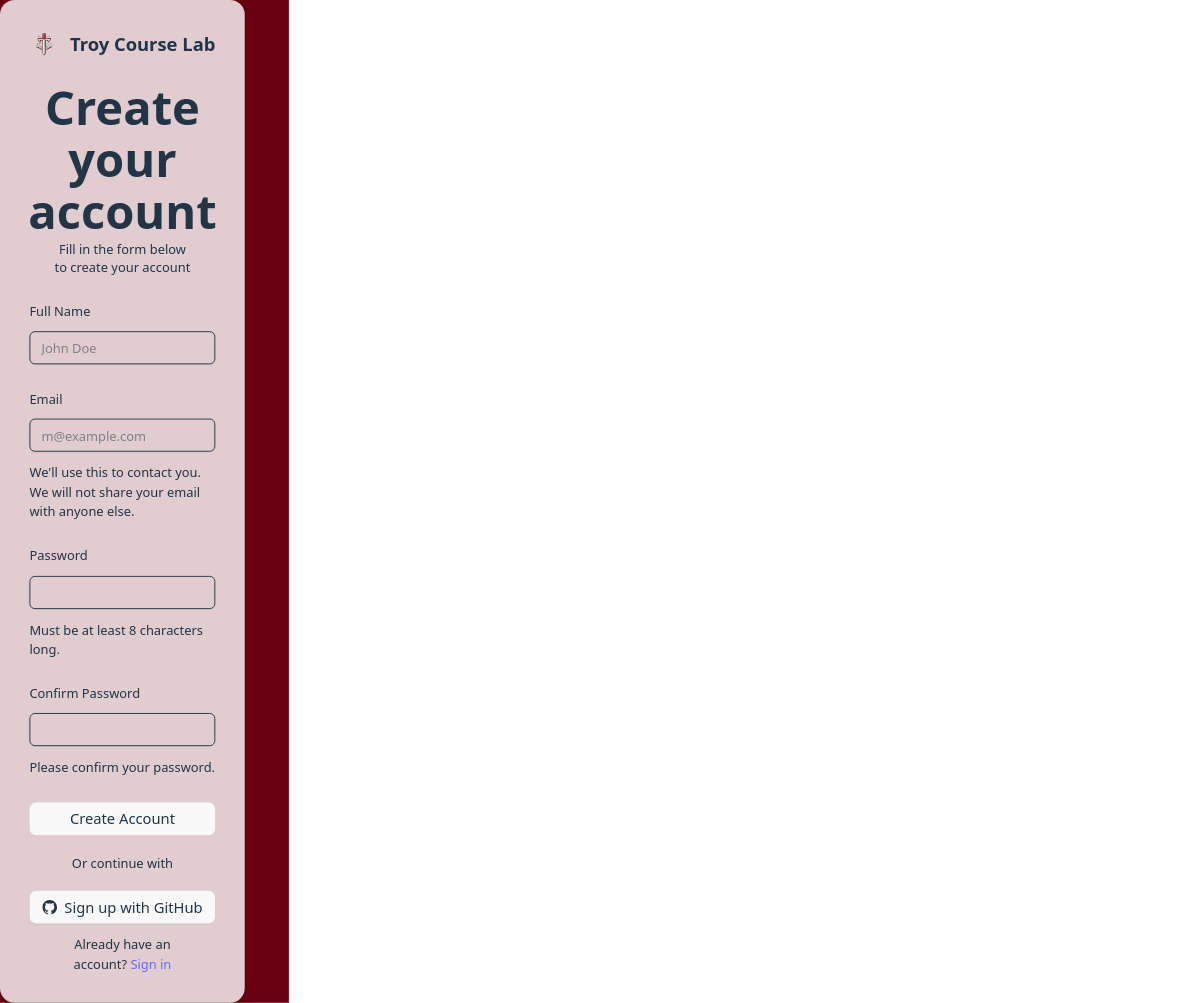
Repository: toilatrung/auth-ui-kit
Page: /register
The author's editor kept a copy of each file at every save. The page is drawn from the files as they stood at one save, then again after the next save.
The browser window is 1280 px wide. The pictures show the whole page, at 92% of full size.
The project was rebuilt for these pictures with package versions that can differ from the ones it lists, and the page was loaded fresh each time. Also part of the build but not shown: vite.config.ts, src/pages/LoginPage.tsx.

Above is the page before, as saved 2025-11-01 17:05:52.

### index.html
<!doctype html>
<html lang="vi">
  <head>
    <meta charset="UTF-8" />
    <link rel="icon" type="image/svg+xml" href="/troy_logo.svg" />
    <meta name="viewport" content="width=device-width, initial-scale=1.0" />
    <title>features_lib</title>
  </head>
  <body>
    <div id="root"></div>
    <script type="module" src="/src/main.tsx"></script>
  </body>
</html>

### src/App.tsx
import LoginPage from "./pages/LoginPage";
import RegisterPage from "./pages/RegisterPage";
import { BrowserRouter, Routes, Route } from "react-router-dom";

{/* TEST FEATURES */}
function App() {
  return (
    <>
      <BrowserRouter>
        <Routes>
          <Route
            path="/login"
            element={<LoginPage />}
          />
          <Route
            path="/register"
            element={<RegisterPage />}
          />
        </Routes>
      </BrowserRouter>
    </>
  )
}

export default App

### src/pages/RegisterPage.tsx
import { SignupForm } from "@/components/auth/signup-form"

const RegisterPage = () => {
  return (
    <div
      className="flex min-h-screen items-center justify-end bg-cover bg-center"
      style={{ backgroundImage: "url('/authetication_page_png.png')" }}
    >
      <div className="w-full max-w-md space-y-6 p-8 bg-white/80 rounded-2xl shadow-lg mr-12">
        {/* Logo + Title */}
        <div className="flex items-center justify-center gap-3">
          <img
            src="/tcl_logo.svg"
            alt="Troy Logo"
            className="h-8 w-8"
          />
          <span className="text-xl font-semibold">Troy Course Lab</span>
        </div>

        {/* Form */}
        <SignupForm />
      </div>
    </div>
  )
}

export default RegisterPage

### src/components/auth/signup-form.tsx
import { cn } from "@/lib/utils"
import { Button } from "@/components/ui/button"
import {
  Field,
  FieldDescription,
  FieldGroup,
  FieldLabel,
  FieldSeparator,
} from "@/components/ui/field"
import { Input } from "@/components/ui/input"

export function SignupForm({
  className,
  ...props
}: React.ComponentProps<"form">) {
  return (
    <form className={cn("flex flex-col gap-6", className)} {...props}>
      <FieldGroup>
        <div className="flex flex-col items-center gap-1 text-center">
          <h1 className="text-2xl font-bold">Create your account</h1>
          <p className="text-muted-foreground text-sm text-balance">
            Fill in the form below to create your account
          </p>
        </div>
        <Field>
          <FieldLabel htmlFor="name">Full Name</FieldLabel>
          <Input id="name" type="text" placeholder="John Doe" required />
        </Field>
        <Field>
          <FieldLabel htmlFor="email">Email</FieldLabel>
          <Input id="email" type="email" placeholder="m@example.com" required />
          <FieldDescription>
            We&apos;ll use this to contact you. We will not share your email
            with anyone else.
          </FieldDescription>
        </Field>
        <Field>
          <FieldLabel htmlFor="password">Password</FieldLabel>
          <Input id="password" type="password" required />
          <FieldDescription>
            Must be at least 8 characters long.
          </FieldDescription>
        </Field>
        <Field>
          <FieldLabel htmlFor="confirm-password">Confirm Password</FieldLabel>
          <Input id="confirm-password" type="password" required />
          <FieldDescription>Please confirm your password.</FieldDescription>
        </Field>
        <Field>
          <Button type="submit">Create Account</Button>
        </Field>
        <FieldSeparator>Or continue with</FieldSeparator>
        <Field>
          <Button variant="outline" type="button">
            <svg xmlns="http://www.w3.org/2000/svg" viewBox="0 0 24 24">
              <path
                d="M12 .297c-6.63 0-12 5.373-12 12 0 5.303 3.438 9.8 8.205 11.385.6.113.82-.258.82-.577 0-.285-.01-1.04-.015-2.04-3.338.724-4.042-1.61-4.042-1.61C4.422 18.07 3.633 17.7 3.633 17.7c-1.087-.744.084-.729.084-.729 1.205.084 1.838 1.236 1.838 1.236 1.07 1.835 2.809 1.305 3.495.998.108-.776.417-1.305.76-1.605-2.665-.3-5.466-1.332-5.466-5.93 0-1.31.465-2.38 1.235-3.22-.135-.303-.54-1.523.105-3.176 0 0 1.005-.322 3.3 1.23.96-.267 1.98-.399 3-.405 1.02.006 2.04.138 3 .405 2.28-1.552 3.285-1.23 3.285-1.23.645 1.653.24 2.873.12 3.176.765.84 1.23 1.91 1.23 3.22 0 4.61-2.805 5.625-5.475 5.92.42.36.81 1.096.81 2.22 0 1.606-.015 2.896-.015 3.286 0 .315.21.69.825.57C20.565 22.092 24 17.592 24 12.297c0-6.627-5.373-12-12-12"
                fill="currentColor"
              />
            </svg>
            Sign up with GitHub
          </Button>
          <FieldDescription className="px-6 text-center">
            Already have an account? <a href="#">Sign in</a>
          </FieldDescription>
        </Field>
      </FieldGroup>
    </form>
  )
}

### src/components/ui/button.tsx
import * as React from "react"
import { Slot } from "@radix-ui/react-slot"
import { cva, type VariantProps } from "class-variance-authority"

import { cn } from "@/lib/utils"

const buttonVariants = cva(
  "inline-flex items-center justify-center gap-2 whitespace-nowrap rounded-md text-sm font-medium transition-all disabled:pointer-events-none disabled:opacity-50 [&_svg]:pointer-events-none [&_svg:not([class*='size-'])]:size-4 shrink-0 [&_svg]:shrink-0 outline-none focus-visible:border-ring focus-visible:ring-ring/50 focus-visible:ring-[3px] aria-invalid:ring-destructive/20 dark:aria-invalid:ring-destructive/40 aria-invalid:border-destructive",
  {
    variants: {
      variant: {
        default: "bg-primary text-primary-foreground hover:bg-primary/90",
        destructive:
          "bg-destructive text-white hover:bg-destructive/90 focus-visible:ring-destructive/20 dark:focus-visible:ring-destructive/40 dark:bg-destructive/60",
        outline:
          "border bg-background shadow-xs hover:bg-accent hover:text-accent-foreground dark:bg-input/30 dark:border-input dark:hover:bg-input/50",
        secondary:
          "bg-secondary text-secondary-foreground hover:bg-secondary/80",
        ghost:
          "hover:bg-accent hover:text-accent-foreground dark:hover:bg-accent/50",
        link: "text-primary underline-offset-4 hover:underline",
      },
      size: {
        default: "h-9 px-4 py-2 has-[>svg]:px-3",
        sm: "h-8 rounded-md gap-1.5 px-3 has-[>svg]:px-2.5",
        lg: "h-10 rounded-md px-6 has-[>svg]:px-4",
        icon: "size-9",
        "icon-sm": "size-8",
        "icon-lg": "size-10",
      },
    },
    defaultVariants: {
      variant: "default",
      size: "default",
    },
  }
)

function Button({
  className,
  variant,
  size,
  asChild = false,
  ...props
}: React.ComponentProps<"button"> &
  VariantProps<typeof buttonVariants> & {
    asChild?: boolean
  }) {
  const Comp = asChild ? Slot : "button"

  return (
    <Comp
      data-slot="button"
      className={cn(buttonVariants({ variant, size, className }))}
      {...props}
    />
  )
}

export { Button, buttonVariants }

### src/components/ui/field.tsx
import { useMemo } from "react"
import { cva, type VariantProps } from "class-variance-authority"

import { cn } from "@/lib/utils"
import { Label } from "@/components/ui/label"
import { Separator } from "@/components/ui/separator"

function FieldSet({ className, ...props }: React.ComponentProps<"fieldset">) {
  return (
    <fieldset
      data-slot="field-set"
      className={cn(
        "flex flex-col gap-6",
        "has-[>[data-slot=checkbox-group]]:gap-3 has-[>[data-slot=radio-group]]:gap-3",
        className
      )}
      {...props}
    />
  )
}

function FieldLegend({
  className,
  variant = "legend",
  ...props
}: React.ComponentProps<"legend"> & { variant?: "legend" | "label" }) {
  return (
    <legend
      data-slot="field-legend"
      data-variant={variant}
      className={cn(
        "mb-3 font-medium",
        "data-[variant=legend]:text-base",
        "data-[variant=label]:text-sm",
        className
      )}
      {...props}
    />
  )
}

function FieldGroup({ className, ...props }: React.ComponentProps<"div">) {
  return (
    <div
      data-slot="field-group"
      className={cn(
        "group/field-group @container/field-group flex w-full flex-col gap-7 data-[slot=checkbox-group]:gap-3 [&>[data-slot=field-group]]:gap-4",
        className
      )}
      {...props}
    />
  )
}

const fieldVariants = cva(
  "group/field flex w-full gap-3 data-[invalid=true]:text-destructive",
  {
    variants: {
      orientation: {
        vertical: ["flex-col [&>*]:w-full [&>.sr-only]:w-auto"],
        horizontal: [
          "flex-row items-center",
          "[&>[data-slot=field-label]]:flex-auto",
          "has-[>[data-slot=field-content]]:items-start has-[>[data-slot=field-content]]:[&>[role=checkbox],[role=radio]]:mt-px",
        ],
        responsive: [
          "flex-col [&>*]:w-full [&>.sr-only]:w-auto @md/field-group:flex-row @md/field-group:items-center @md/field-group:[&>*]:w-auto",
          "@md/field-group:[&>[data-slot=field-label]]:flex-auto",
          "@md/field-group:has-[>[data-slot=field-content]]:items-start @md/field-group:has-[>[data-slot=field-content]]:[&>[role=checkbox],[role=radio]]:mt-px",
        ],
      },
    },
    defaultVariants: {
      orientation: "vertical",
    },
  }
)

function Field({
  className,
  orientation = "vertical",
  ...props
}: React.ComponentProps<"div"> & VariantProps<typeof fieldVariants>) {
  return (
    <div
      role="group"
      data-slot="field"
      data-orientation={orientation}
      className={cn(fieldVariants({ orientation }), className)}
      {...props}
    />
  )
}

function FieldContent({ className, ...props }: React.ComponentProps<"div">) {
  return (
    <div
      data-slot="field-content"
      className={cn(
        "group/field-content flex flex-1 flex-col gap-1.5 leading-snug",
        className
      )}
      {...props}
    />
  )
}

function FieldLabel({
  className,
  ...props
}: React.ComponentProps<typeof Label>) {
  return (
    <Label
      data-slot="field-label"
      className={cn(
        "group/field-label peer/field-label flex w-fit gap-2 leading-snug group-data-[disabled=true]/field:opacity-50",
        "has-[>[data-slot=field]]:w-full has-[>[data-slot=field]]:flex-col has-[>[data-slot=field]]:rounded-md has-[>[data-slot=field]]:border [&>*]:data-[slot=field]:p-4",
        "has-data-[state=checked]:bg-primary/5 has-data-[state=checked]:border-primary dark:has-data-[state=checked]:bg-primary/10",
        className
      )}
      {...props}
    />
  )
}

function FieldTitle({ className, ...props }: React.ComponentProps<"div">) {
  return (
    <div
      data-slot="field-label"
      className={cn(
        "flex w-fit items-center gap-2 text-sm leading-snug font-medium group-data-[disabled=true]/field:opacity-50",
        className
      )}
      {...props}
    />
  )
}

function FieldDescription({ className, ...props }: React.ComponentProps<"p">) {
  return (
    <p
      data-slot="field-description"
      className={cn(
        "text-muted-foreground text-sm leading-normal font-normal group-has-[[data-orientation=horizontal]]/field:text-balance",
        "last:mt-0 nth-last-2:-mt-1 [[data-variant=legend]+&]:-mt-1.5",
        "[&>a:hover]:text-primary [&>a]:underline [&>a]:underline-offset-4",
        className
      )}
      {...props}
    />
  )
}

function FieldSeparator({
  children,
  className,
  ...props
}: React.ComponentProps<"div"> & {
  children?: React.ReactNode
}) {
  return (
    <div
      data-slot="field-separator"
      data-content={!!children}
      className={cn(
        "relative -my-2 h-5 text-sm group-data-[variant=outline]/field-group:-mb-2",
        className
      )}
      {...props}
    >
      <Separator className="absolute inset-0 top-1/2" />
      {children && (
        <span
          className="bg-background text-muted-foreground relative mx-auto block w-fit px-2"
          data-slot="field-separator-content"
        >
          {children}
        </span>
      )}
    </div>
  )
}

function FieldError({
  className,
  children,
  errors,
  ...props
}: React.ComponentProps<"div"> & {
  errors?: Array<{ message?: string } | undefined>
}) {
  const content = useMemo(() => {
    if (children) {
      return children
    }

    if (!errors?.length) {
      return null
    }

    const uniqueErrors = [
      ...new Map(errors.map((error) => [error?.message, error])).values(),
    ]

    if (uniqueErrors?.length == 1) {
      return uniqueErrors[0]?.message
    }

    return (
      <ul className="ml-4 flex list-disc flex-col gap-1">
        {uniqueErrors.map(
          (error, index) =>
            error?.message && <li key={index}>{error.message}</li>
        )}
      </ul>
    )
  }, [children, errors])

  if (!content) {
    return null
  }

  return (
    <div
      role="alert"
      data-slot="field-error"
      className={cn("text-destructive text-sm font-normal", className)}
      {...props}
    >
      {content}
    </div>
  )
}

export {
  Field,
  FieldLabel,
  FieldDescription,
  FieldError,
  FieldGroup,
  FieldLegend,
  FieldSeparator,
  FieldSet,
  FieldContent,
  FieldTitle,
}

### src/components/ui/input.tsx
import * as React from "react"

import { cn } from "@/lib/utils"

function Input({ className, type, ...props }: React.ComponentProps<"input">) {
  return (
    <input
      type={type}
      data-slot="input"
      className={cn(
        "file:text-foreground placeholder:text-muted-foreground selection:bg-primary selection:text-primary-foreground dark:bg-input/30 border-input h-9 w-full min-w-0 rounded-md border bg-transparent px-3 py-1 text-base shadow-xs transition-[color,box-shadow] outline-none file:inline-flex file:h-7 file:border-0 file:bg-transparent file:text-sm file:font-medium disabled:pointer-events-none disabled:cursor-not-allowed disabled:opacity-50 md:text-sm",
        "focus-visible:border-ring focus-visible:ring-ring/50 focus-visible:ring-[3px]",
        "aria-invalid:ring-destructive/20 dark:aria-invalid:ring-destructive/40 aria-invalid:border-destructive",
        className
      )}
      {...props}
    />
  )
}

export { Input }

Loaded but not shown: src/main.tsx (common file); src/index.css (common file); src/lib/utils.ts (common file); src/components/ui/label.tsx (common file); src/components/ui/separator.tsx (common file)

After the next save:
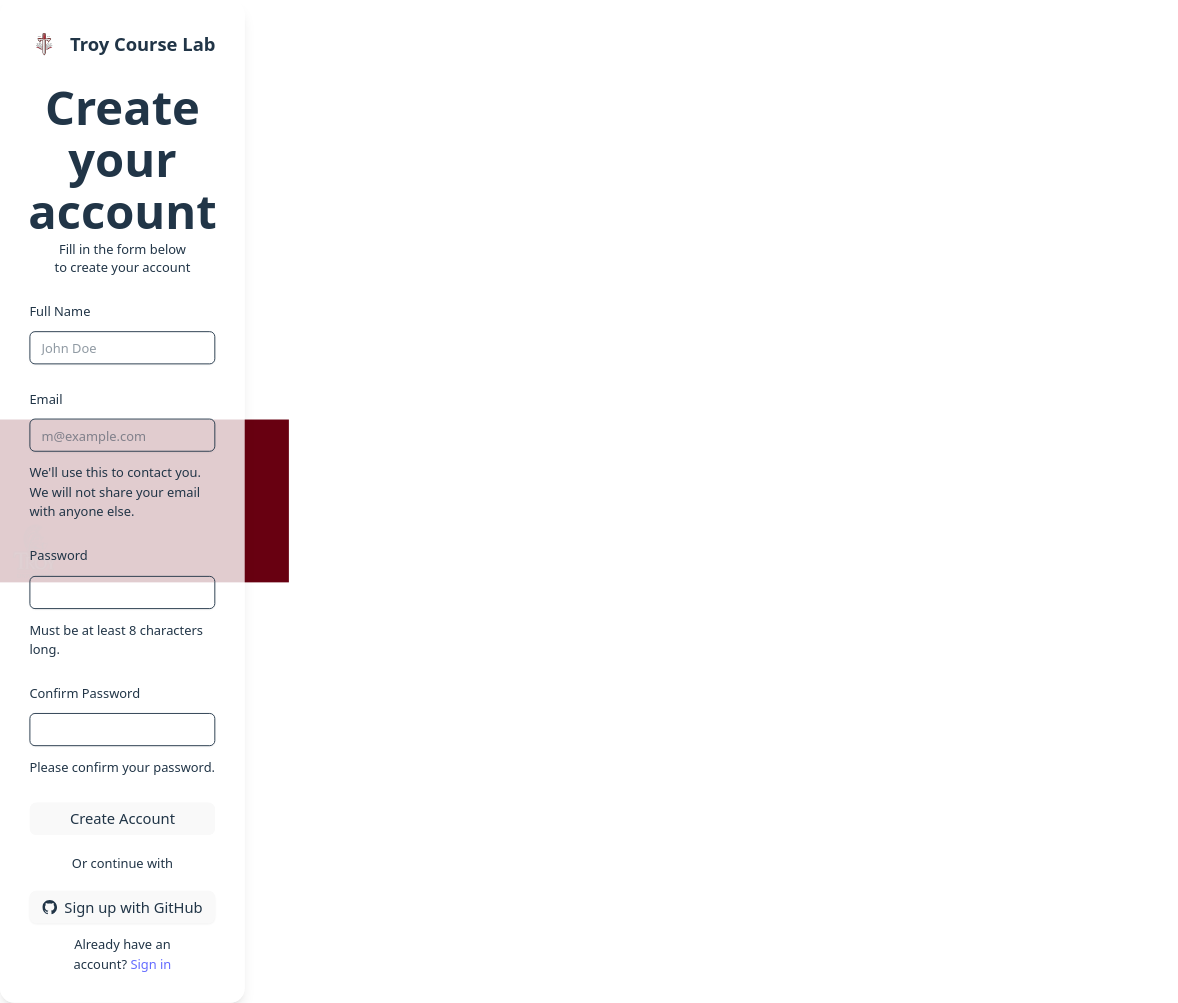
Saved 3 min 26 s later.
--- a/src/pages/RegisterPage.tsx
+++ b/src/pages/RegisterPage.tsx
@@ -2,10 +2,10 @@
 
 const RegisterPage = () => {
   return (
-    <div
-      className="flex min-h-screen items-center justify-end bg-cover bg-center"
-      style={{ backgroundImage: "url('/authetication_page_png.png')" }}
-    >
+<div
+  className="flex min-h-screen items-center justify-end bg-contain bg-no-repeat bg-center"
+  style={{ backgroundImage: "url('/authetication_page_png.png')" }}
+>
       <div className="w-full max-w-md space-y-6 p-8 bg-white/80 rounded-2xl shadow-lg mr-12">
         {/* Logo + Title */}
         <div className="flex items-center justify-center gap-3">

After the save that followed:
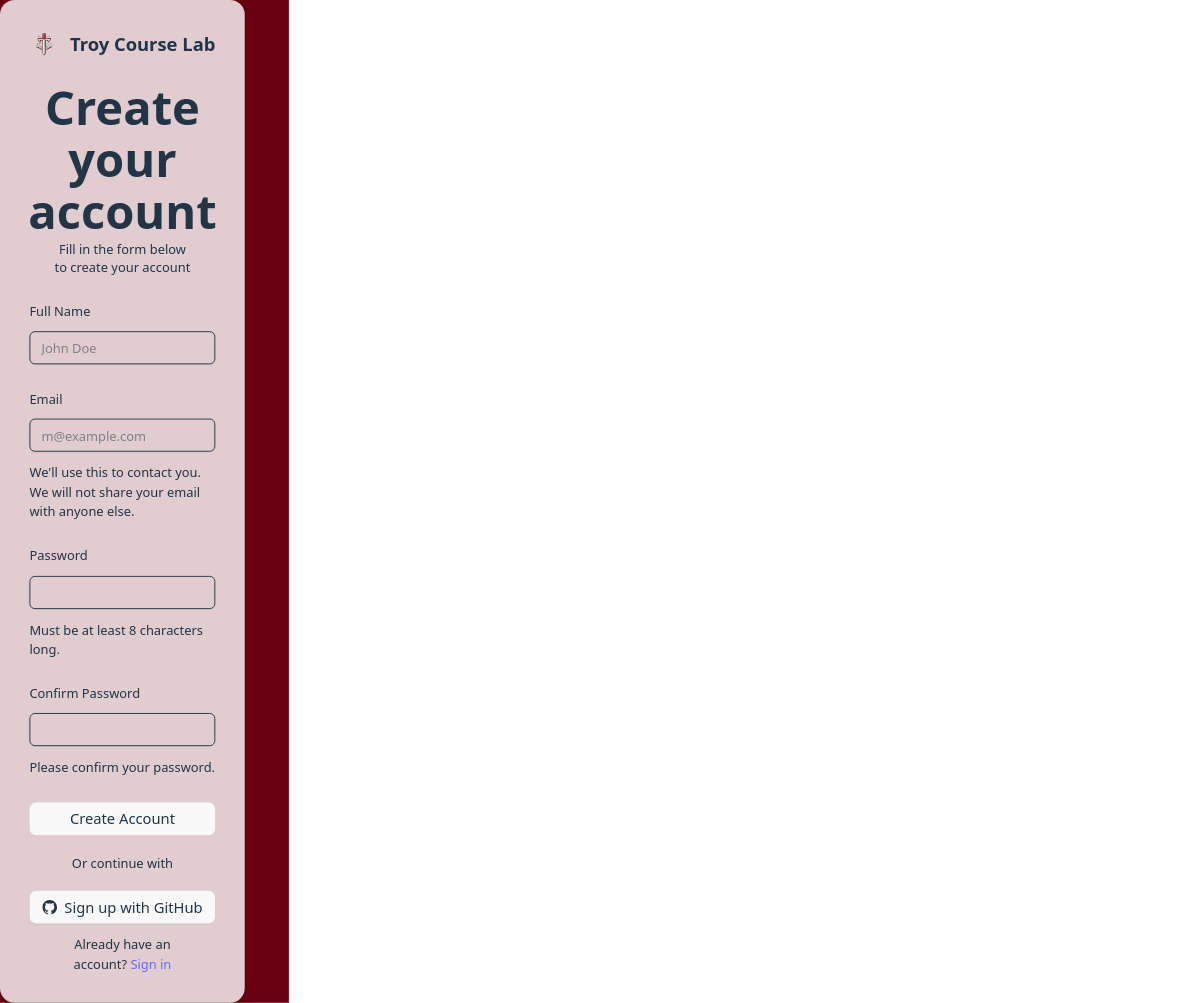
Saved 13 s later.
--- a/src/pages/RegisterPage.tsx
+++ b/src/pages/RegisterPage.tsx
@@ -2,10 +2,10 @@
 
 const RegisterPage = () => {
   return (
-<div
-  className="flex min-h-screen items-center justify-end bg-contain bg-no-repeat bg-center"
-  style={{ backgroundImage: "url('/authetication_page_png.png')" }}
->
+    <div
+      className="flex min-h-screen items-center justify-end bg-cover bg-center"
+      style={{ backgroundImage: "url('/authetication_page_png.png')" }}
+    >
       <div className="w-full max-w-md space-y-6 p-8 bg-white/80 rounded-2xl shadow-lg mr-12">
         {/* Logo + Title */}
         <div className="flex items-center justify-center gap-3">
